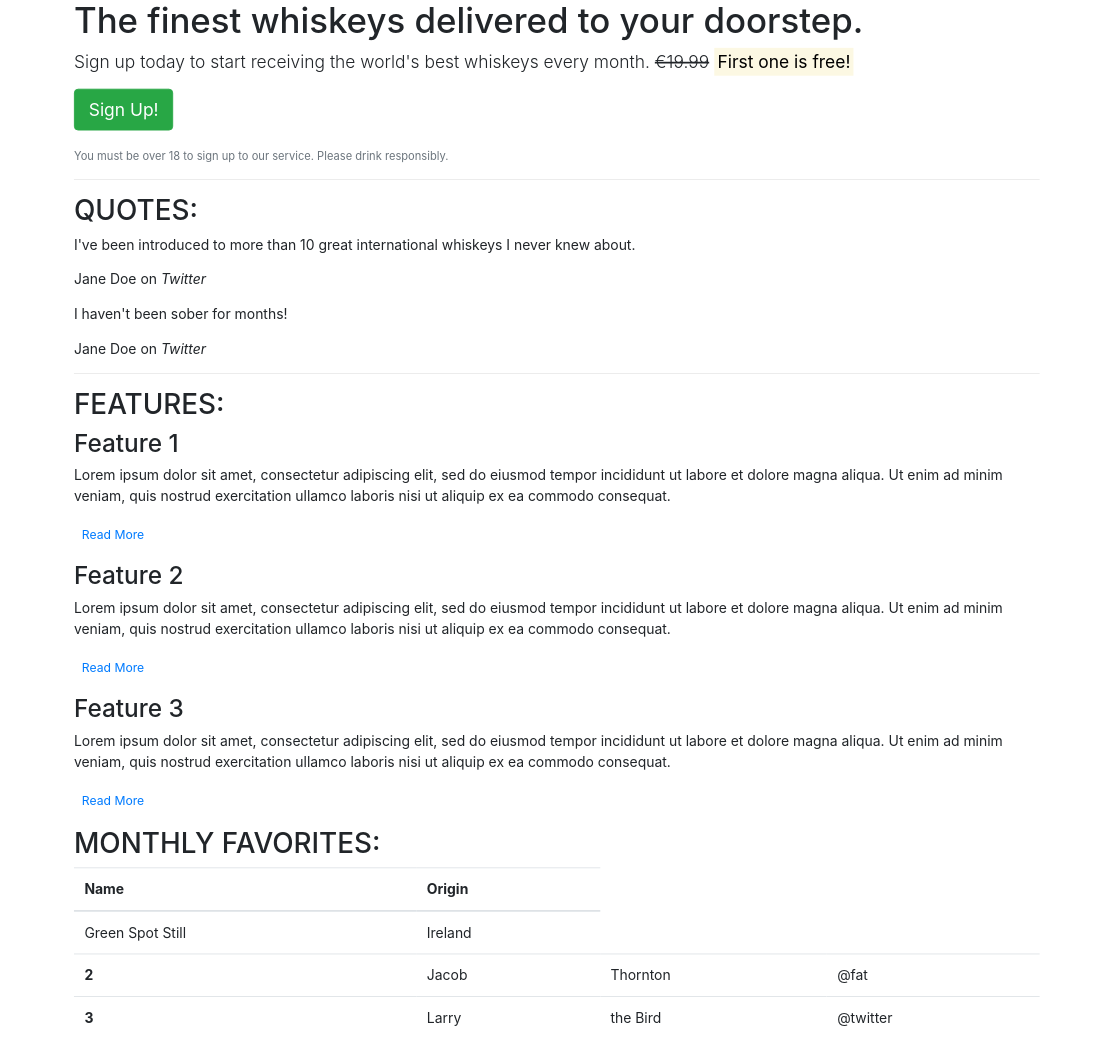
Repository: grisselfaura/BootstrappingYourNextBigIdea-BS4
Page: index.html
The author's editor kept a record of every edit. The page is drawn from the files as they stood at one moment, then again after the next edit.
The browser window is 1280 px wide. The pictures show the whole page, at 87% of full size.

Above is the page before.

After the next edit:
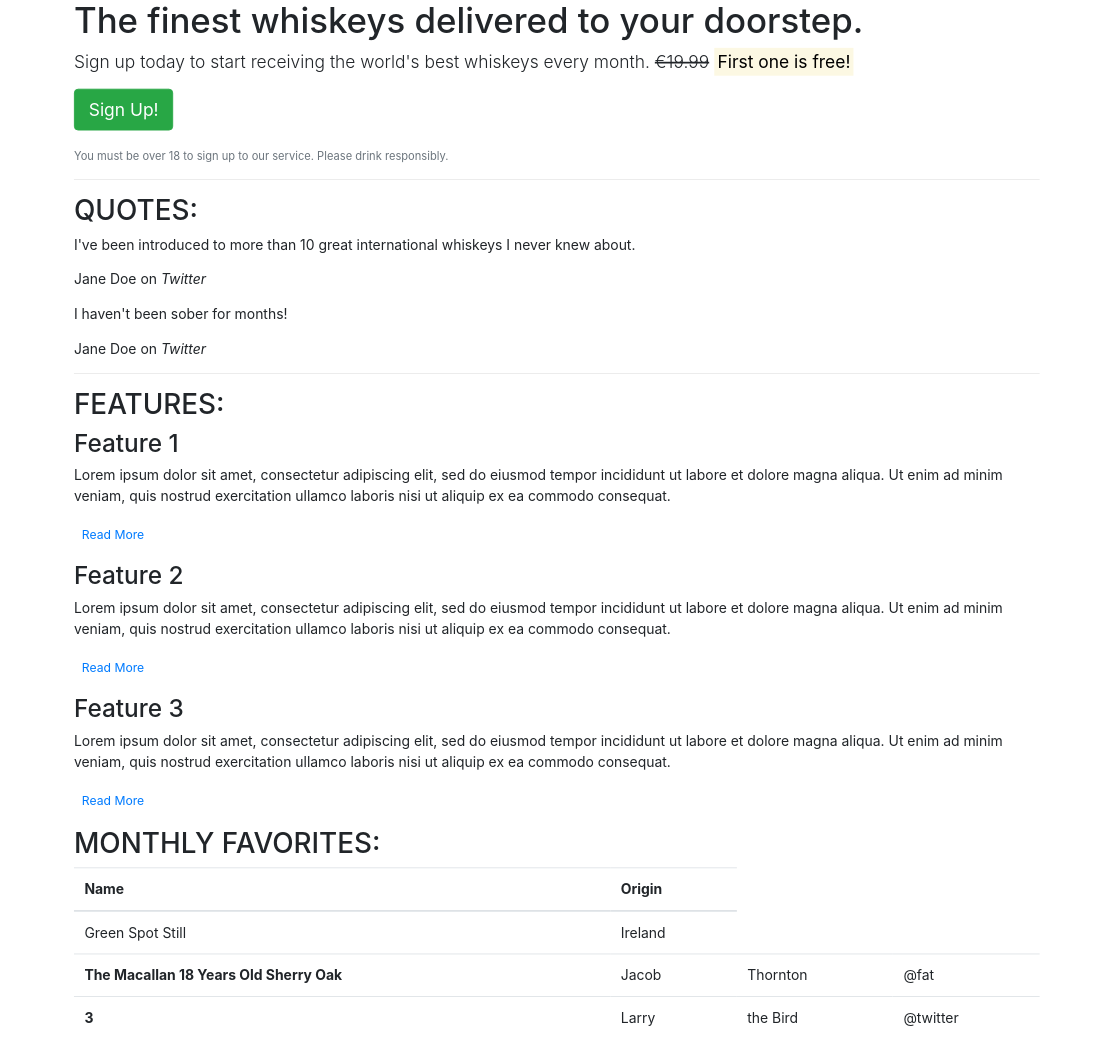
The edit:
--- a/index.html
+++ b/index.html
@@ -70,7 +70,7 @@
               <td>Ireland</td>
             </tr>
             <tr>
-              <th scope="row">2</th>
+              <th scope="row">The Macallan 18 Years Old Sherry Oak</th>
               <td>Jacob</td>
               <td>Thornton</td>
               <td>@fat</td>
